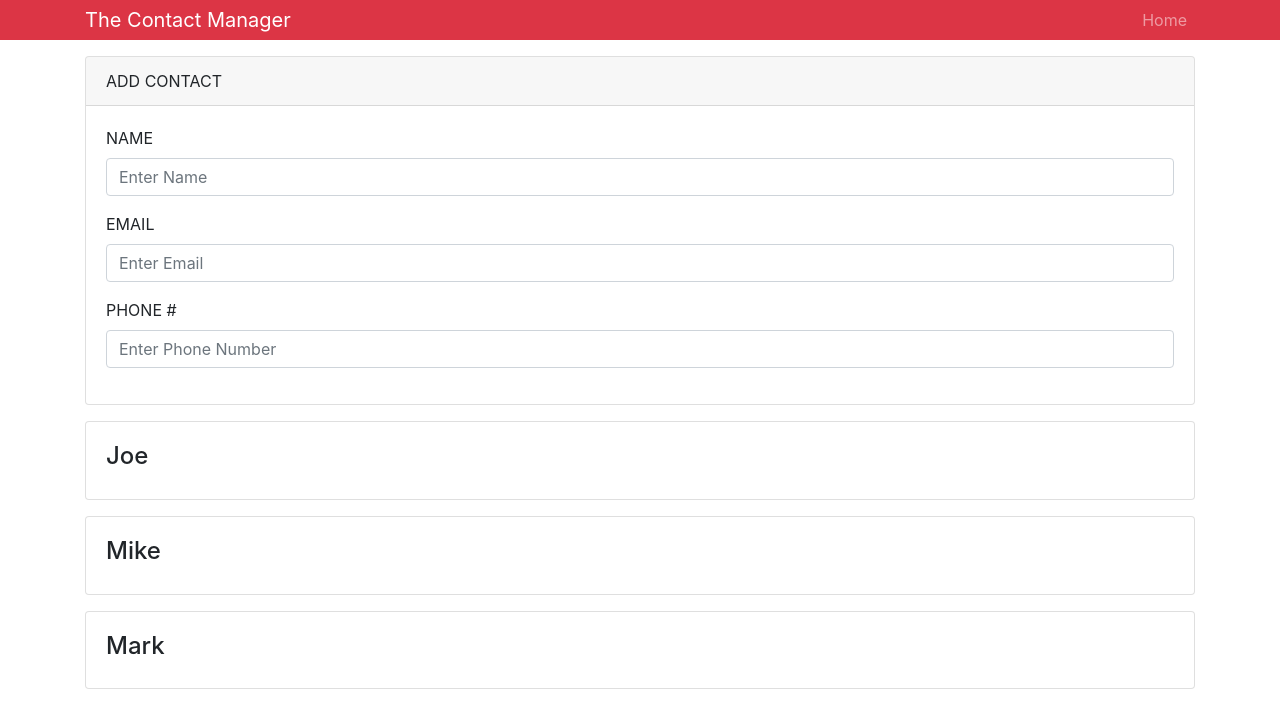
Repository: MikeTroianello/Contact-Manager
Page: /about
An editor plug-in stored every save of this project. The page is shown before and after the next save, followed by the edit.
The browser window is 1280 px wide. The pictures show the whole page.
The project was rebuilt for these pictures with package versions that can differ from the ones it lists, and the page was loaded fresh each time. Also part of the build but not shown: src/App.css.

Above is the page before, as saved 2019-05-19 23:54:21.

### src/App.js
import React from "react";

import Header from "./components/layout/Header";
import Contacts from "./components/contacts/Contacts";
import { Provider } from "./context";
import AddContact from "./components/contacts/AddContact";
import "bootstrap/dist/css/bootstrap.min.css";
import "./App.css";

function App() {
  return (
    <Provider>
      <div className="App">
        <Header branding="The Contact Manager" />
        <div className="container">
          <AddContact />
          <Contacts />
        </div>
      </div>
    </Provider>
  );
}

export default App;

### src/components/layout/Header.js
import React from "react";
import PropTypes from "prop-types";

const Header = props => {
  const { branding } = props;
  return (
    <nav className="navbar navbar-expand-sm navbar-dark bg-danger mb-3 py-0">
      <div className="container">
        <a href="/" className="navbar-brand">
          {branding}
        </a>
        <div>
          <ul className="navbar-nav mr-auto">
            <a href="/" className="nav-link">
              Home
            </a>
          </ul>
        </div>
      </div>
    </nav>
  );
};

Header.defaultProps = {
  branding: "My App"
};

Header.propTypes = {
  branding: PropTypes.string.isRequired
};

export default Header;

### src/components/contacts/Contacts.js
import React, { Component } from "react";
import Contact from "./Contact";
import { Consumer } from "../../context";

class Contacts extends Component {
  //REVIEW HERE
  render() {
    return (
      <Consumer>
        {value => {
          const { contacts } = value;
          return (
            <React.Fragment>
              {contacts.map(contact => (
                <Contact key={contact.id} contact={contact} />
              ))}
            </React.Fragment>
          );
        }}
      </Consumer>
    );
  }
}

export default Contacts;

### src/context.js
import React, { Component } from "react";

const Context = React.createContext();

const reducer = (state, action) => {
  switch (action.type) {
    case "DELETE_CONTACT":
      return {
        ...state,
        contacts: state.contacts.filter(
          contact => contact.id !== action.payload
        )
      };
    default:
      return state;
  }
};

export class Provider extends Component {
  state = {
    contacts: [
      {
        id: 1,
        name: "Joe",
        email: "joe@mailbox.co",
        phone: "(123)456-7890"
      },
      {
        id: 2,
        name: "Mike",
        email: "mike@mailbox.co",
        phone: "(123)456-1111"
      },
      {
        id: 3,
        name: "Mark",
        email: "mark@mailbox.co",
        phone: "(123)456-2231"
      }
    ],
    dispatch: action => {
      this.setState(state => reducer(state, action));
    }
  };

  render() {
    return (
      <Context.Provider value={this.state}>
        {this.props.children}
      </Context.Provider>
    );
  }
}

export const Consumer = Context.Consumer;

### src/components/contacts/AddContact.js
import React, { Component } from "react";

class AddContact extends Component {
  state = {
    name: "",
    email: "",
    phone: ""
  };

  render() {
    return (
      <div className="card mb-3">
        <div className="card-header">ADD CONTACT</div>
        <div className="card-body">
          <form>
            <div className="form-group">
              <label htmlFor="name">NAME</label>
              <input
                type="text"
                name="name"
                className="form-control lg"
                placeholder="Enter Name"
              />
            </div>
            <div className="form-group">
              <label htmlFor="email">EMAIL</label>
              <input
                type="email"
                name="email"
                className="form-control lg"
                placeholder="Enter Email"
              />
            </div>
            <div className="form-group">
              <label htmlFor="phone">PHONE #</label>
              <input
                type="text"
                name="phone"
                className="form-control lg"
                placeholder="Enter Phone Number"
              />
            </div>
          </form>
        </div>
      </div>
    );
  }
}

export default AddContact;

### src/components/contacts/Contact.js
import React, { Component } from "react";
import PropTypes from "prop-types";
import { Consumer } from "../../context";

class Contact extends Component {
  state = {
    showContactInfo: false
  };

  // onShowClick = e => {
  //   this.setState({ showContactInfo: !this.state.showContactInfo });
  // };

  onDeleteClick = (id, dispatch) => {
    dispatch({ type: "DELETE_CONTACT", payload: id });
  };

  render() {
    const { name, email, phone, id } = this.props.contact;
    const { showContactInfo } = this.state;

    return (
      <Consumer>
        {value => {
          const { dispatch } = value;
          return (
            <div className="card card-body mb-3">
              <h4>
                {name}{" "}
                <i
                  onClick={() =>
                    this.setState({
                      showContactInfo: !this.state.showContactInfo
                    })
                  }
                  className="fas fa-sort-down"
                  style={{ cursor: "pointer" }}
                />
                <i
                  className="fas fa-times"
                  style={{ cursor: "pointer", float: "right", color: "red" }}
                  onClick={this.onDeleteClick.bind(this, id, dispatch)}
                />
              </h4>
              {showContactInfo && (
                <ul className="list-group">
                  <li className="list-group-item">{email}</li>
                  <li className="list-group-item">{phone}</li>
                </ul>
              )}
            </div>
          );
        }}
      </Consumer>
    );
  }
}

Contact.propTypes = {
  contact: PropTypes.object.isRequired
};

export default Contact;

Loaded but not shown: src/index.js (common file); src/serviceWorker.js (common file)

After the next save:
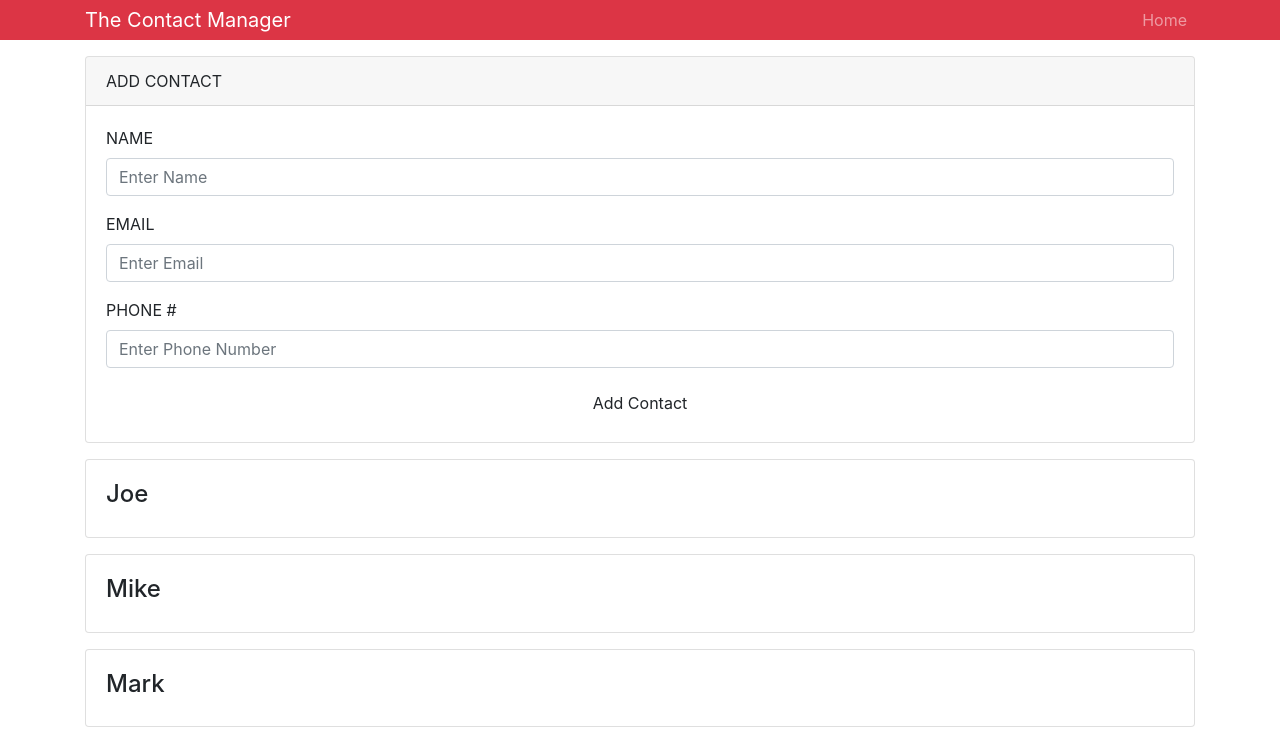
Saved 38 s later.
--- a/src/components/contacts/AddContact.js
+++ b/src/components/contacts/AddContact.js
@@ -40,6 +40,11 @@ class AddContact extends Component {
                 placeholder="Enter Phone Number"
               />
             </div>
+            <input
+              type="submit"
+              value="Add Contact"
+              className="btn btn-block"
+            />
           </form>
         </div>
       </div>
